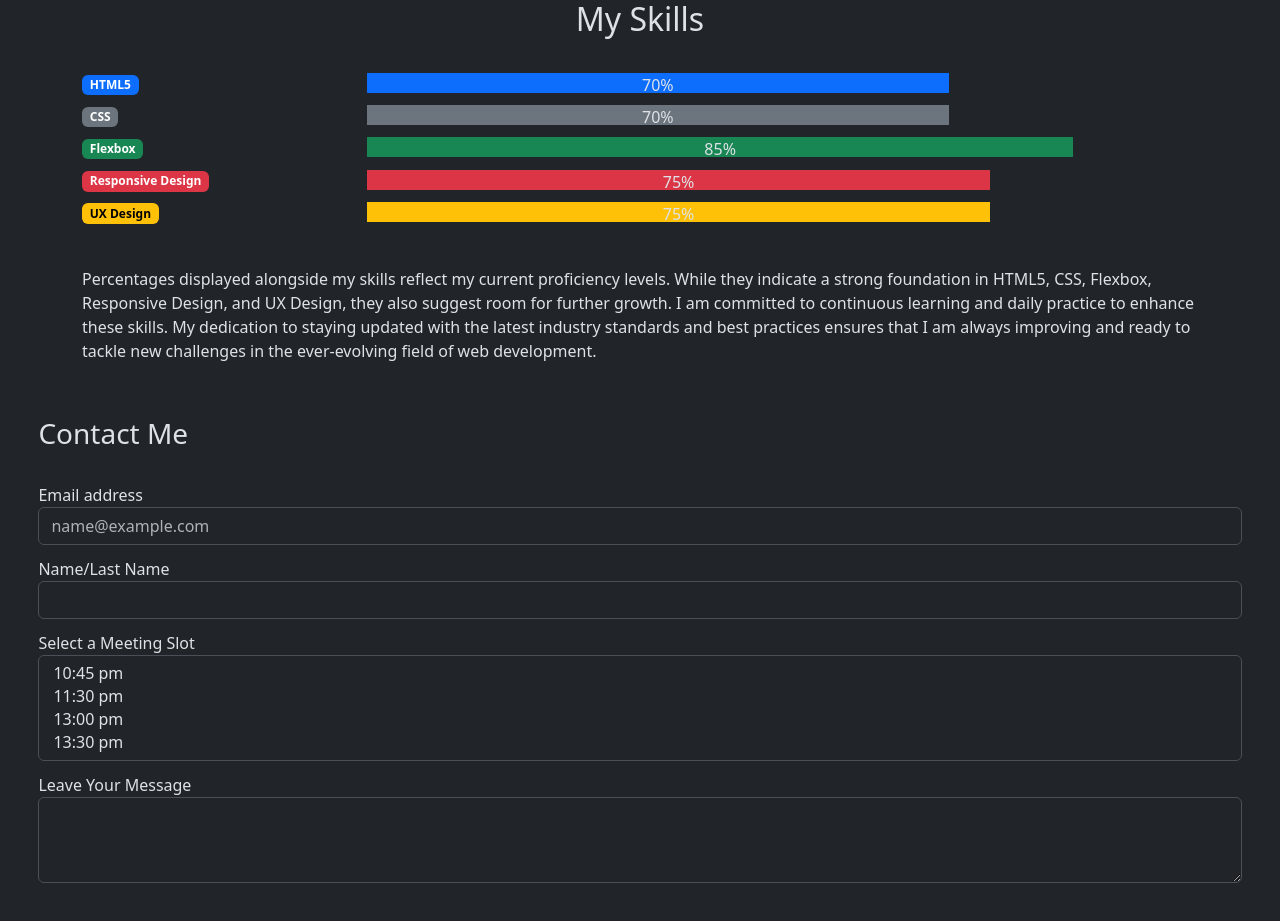
Repository: uvee35/Bootstrap-Portfolio
Page: index.html
The author's editor kept a copy of each file at every save. The page is drawn from the files as they stood at one save, then again after the next save.
The browser window is 1280 px wide. The pictures show the part of the page from y = 1074 to 1995 px (the page is 1995 px tall before and 1983 px after).
A picture or video elsewhere on the page could not be fetched, so the positions and the page height are approximate.

Above is the page before, as saved 2023-12-18 20:12:18.

After the next save:
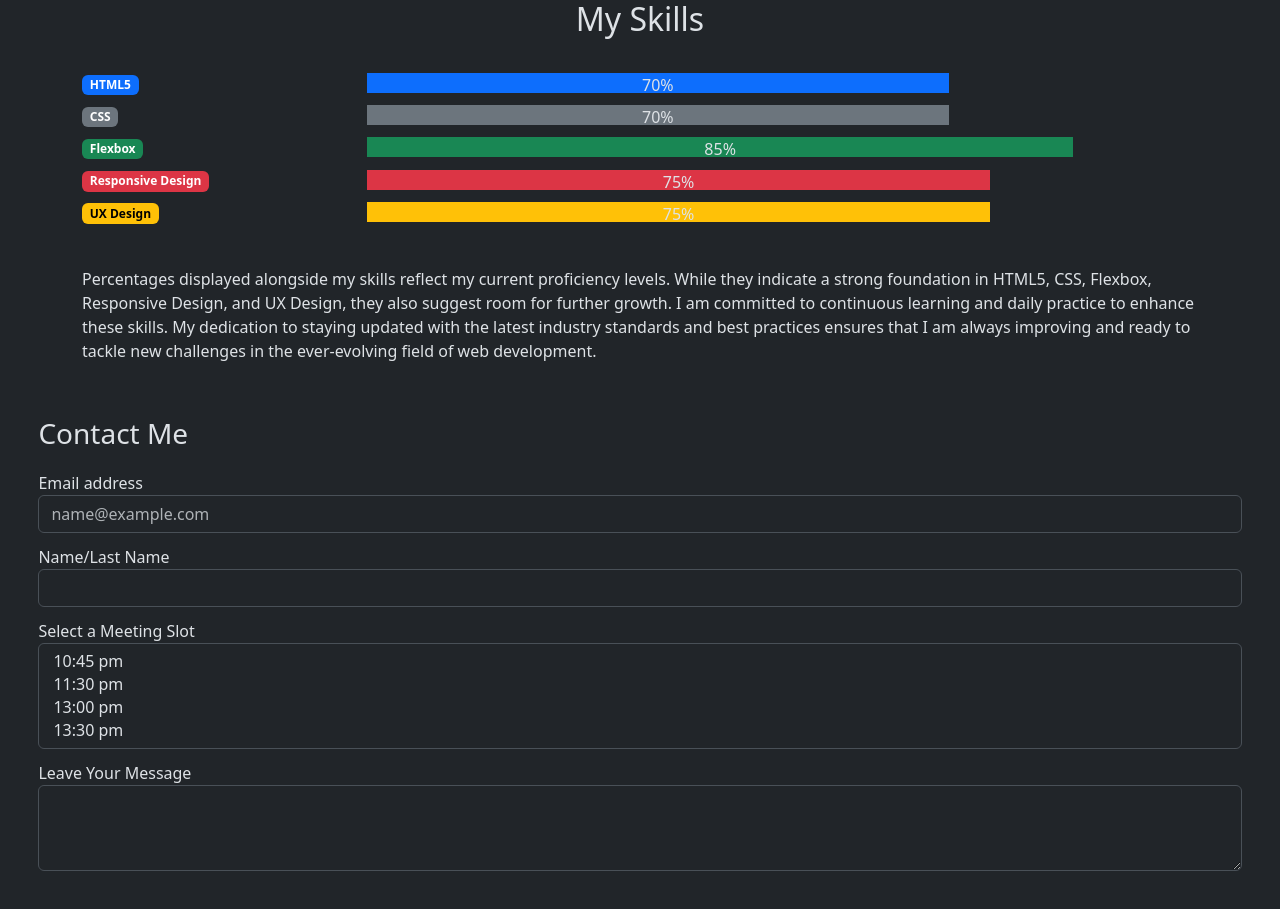
Saved 5 s later.
--- a/index.html
+++ b/index.html
@@ -257,7 +257,7 @@
 
     <form style="padding: 3%" style="display: flex; justify-content: center">
       <h3>Contact Me</h3>
-      <div class="form-group" style="padding-top: 2%">
+      <div class="form-group" style="padding-top: 1%">
         <label for="exampleFormControlInput1">Email address</label>
         <input
           type="email"

After the save that followed:
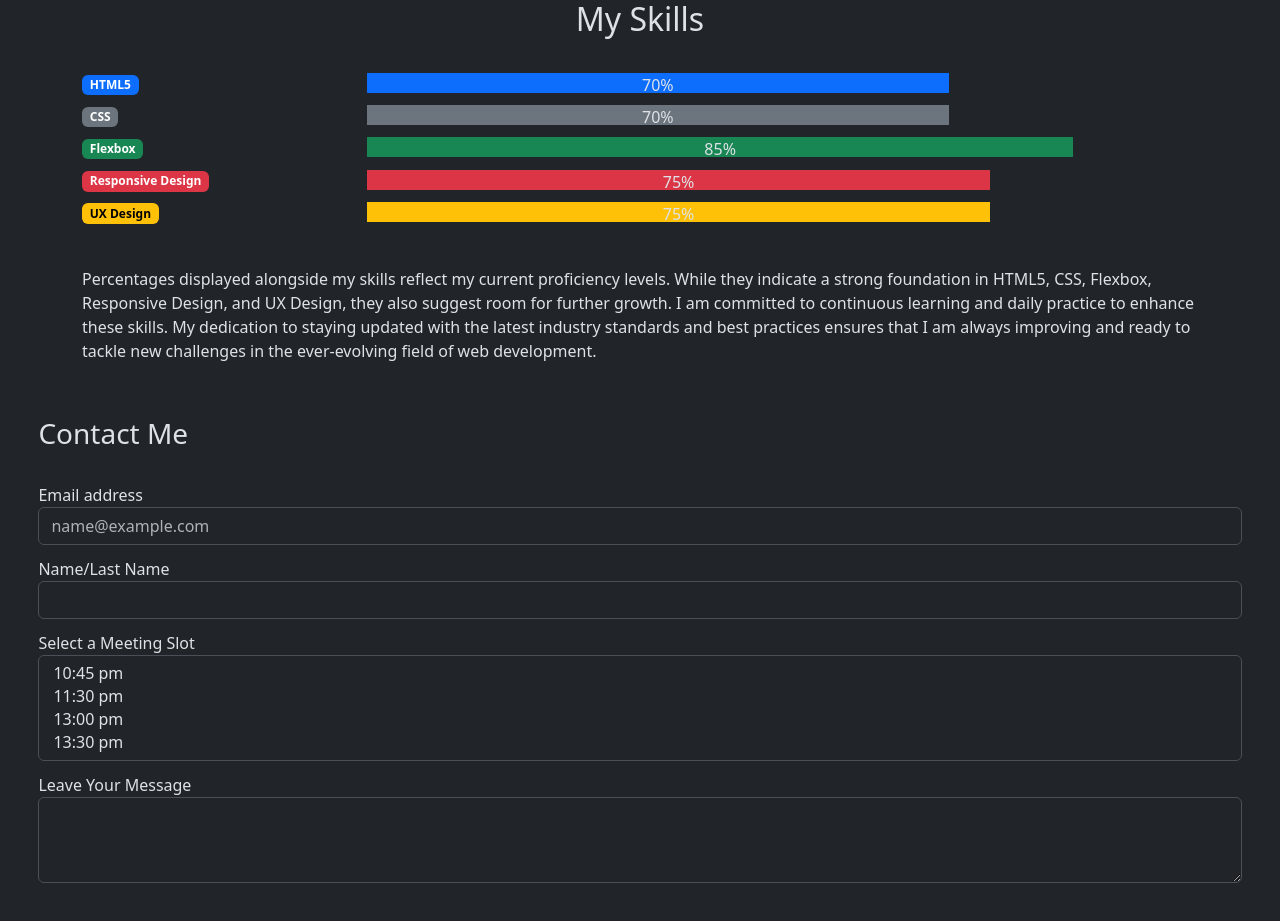
Saved 8 s later.
--- a/index.html
+++ b/index.html
@@ -257,7 +257,7 @@
 
     <form style="padding: 3%" style="display: flex; justify-content: center">
       <h3>Contact Me</h3>
-      <div class="form-group" style="padding-top: 1%">
+      <div class="form-group" style="padding-top: 2%">
         <label for="exampleFormControlInput1">Email address</label>
         <input
           type="email"
